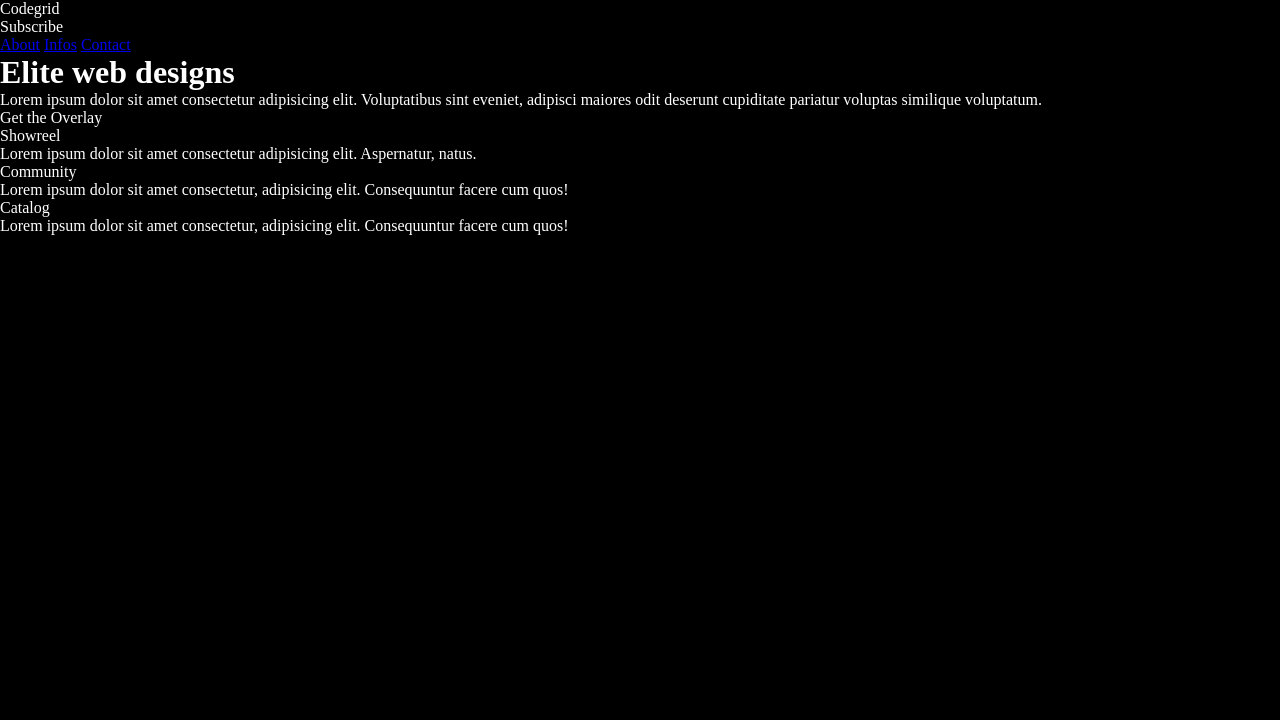
Repository: burhanjawed/Responsive-Slide-Out-Menu
Page: index.html
An editor plug-in stored every save of this project. The page is shown before and after the next save, followed by the edit.
The browser window is 1280 px wide. The pictures show the whole page.
Some icons come from a web library that is not loaded, so they are not drawn. An inner scrolling area shows only its first screen. Some web libraries are served in a nearby version.

Above is the page before, as saved 2023-11-26 21:05:41.

After the next save:
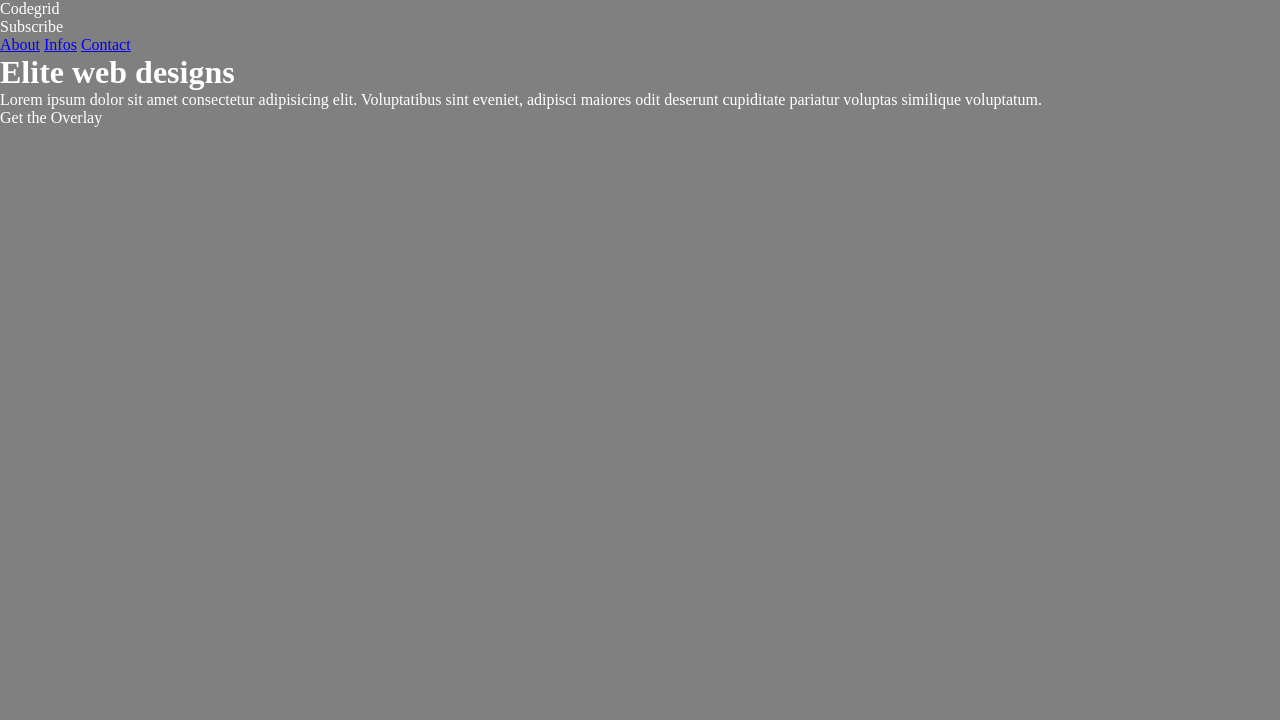
Saved 6 min 10 s later.
--- a/styles.css
+++ b/styles.css
@@ -13,3 +13,11 @@ body {
   color: #fff;
   font-family: 'Neue Montreal';
 }
+
+.container {
+  position: relative;
+  width: 100vw;
+  height: 100vh;
+  background: grey;
+  background-size: cover;
+}

After the save that followed:
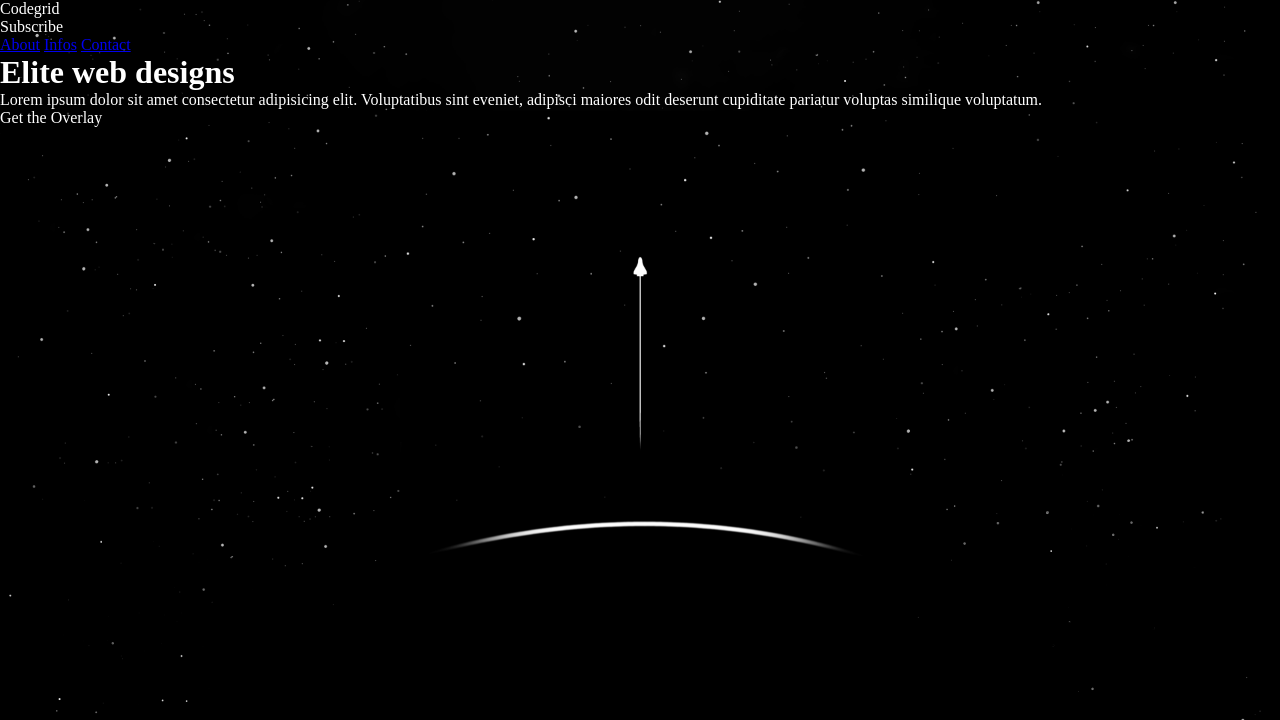
Saved 2 min 43 s later.
--- a/styles.css
+++ b/styles.css
@@ -18,6 +18,6 @@ body {
   position: relative;
   width: 100vw;
   height: 100vh;
-  background: grey;
+  background: url(assets/bg.png) no-repeat 50% 50%;
   background-size: cover;
 }
